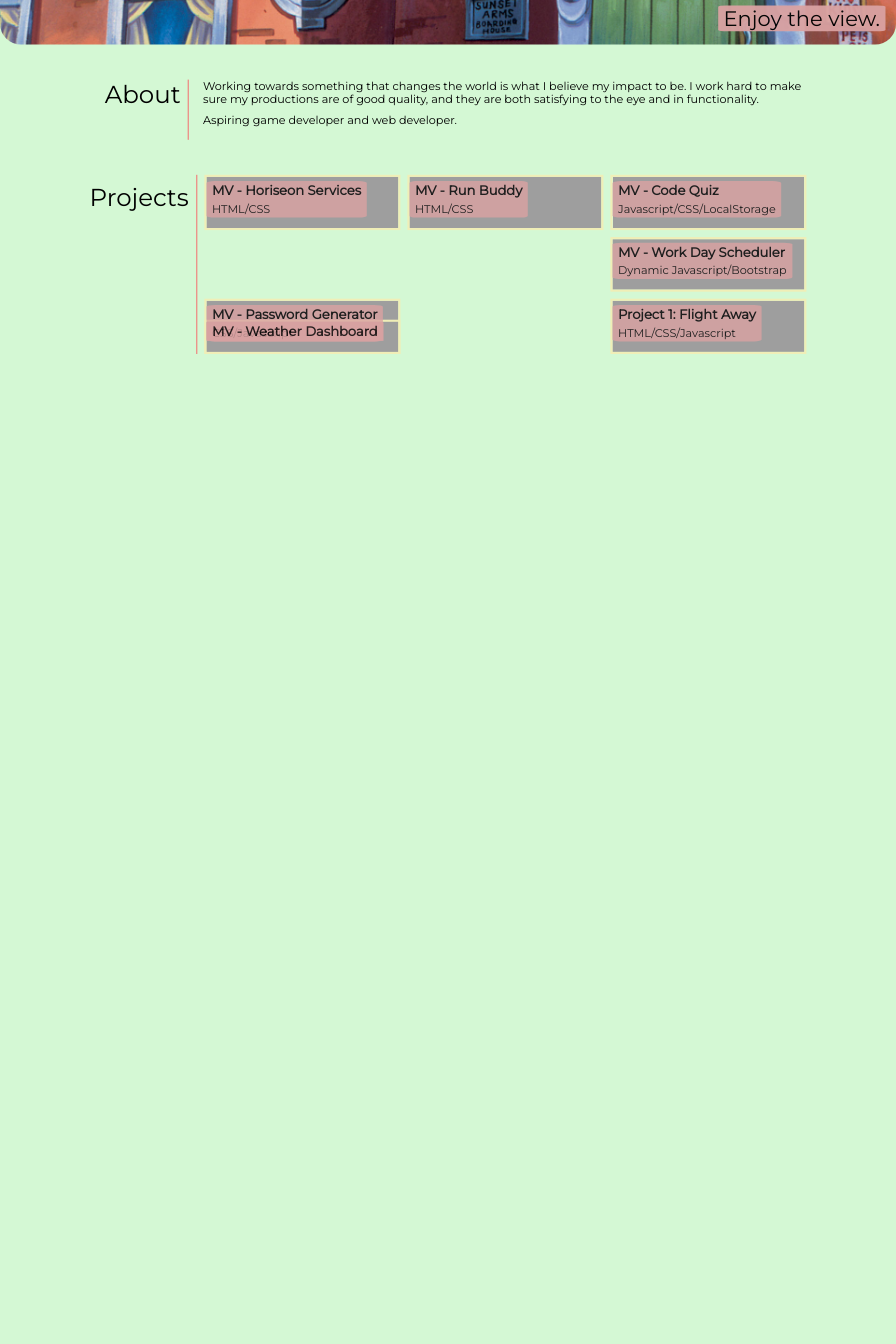
Repository: Mervens/MV-Portfolio
Page: index.html
The author's editor kept a copy of each file at every save. The page is drawn from the files as they stood at one save, then again after the next save.
The browser window is 1280 px wide. The pictures show the part of the page from y = 314 to 2234 px (the page is 3745 px tall before and 5296 px after), at 70% of full size.
Pictures or frames that could not be fetched are drawn as grey boxes. Backgrounds fixed to the window are drawn as part of the page.

Above is the page before, as saved 2021-10-10 06:53:52.

### index.html
<!DOCTYPE html>
<html lang="en">
<head>
    <meta charset="UTF-8">
    <meta name="viewport" content="width=device-width, initial-scale=1.0">
    <meta http-equiv="X-UA-Compatible" content="ie=edge" />
    <link rel="stylesheet" href="https://cdn.jsdelivr.net/npm/boxicons@latest/css/boxicons.min.css">
    <link rel="stylesheet" href="./assets/index.css">
    <title>MV - Basic Portfolio</title>
</head>

<body>
    <audio autoplay loop>
        <source src="./assets/music/Cinematic-Ambient.mp3" type="audio/mpeg">
    </audio>

    <header>
        <span class="span-background title">
            <h1>Mervens Victor</h1>
        </span>
        <nav>
            <ul class="nav-effects">
                <li>
                    <a href="#about-me">About</a>
                </li>
                <li>
                    <a href="#projects">Projects</a>
                </li>
                <li>
                    <a href="#contact-me">Contact Me</a>
                </li>
            </ul>
        </nav>
    </header>


    <section class="hero">
        <div class="hero-subtitle">
                <span class="span-background opacity">Enjoy the view.</span>
        </div>
    </section>


    <article>
        <div id="about-me" class="about-me-wrapper">
            <div class="about-me-grid-container">
                <div class="about-me-item about-me-title">
                    <p> About </p>
                </div>
                <div class="about-me-item p1">
                    <p>Working towards something that changes the world is what I believe my impact to be. I work hard to make sure my productions are of good quality, and they are both satisfying to the eye and in functionality.</p>
                </div>
                <div class="about-me-item p2">
                    <p>Aspiring game developer and web developer.</p>
                </div>
            </div>
        </div>
    </article>


    <article>
        <div id="projects" class="projects-wrapper">
            <div class="projects-grid-container">
                <div class="projects-item projects-title">
                    <p> Projects </p>
                </div>

                <div onclick="linkClick('horiseon')" alt="Horiseon Solutions" title="Horiseon Homepage" target="_blank" style="cursor: pointer;" class="projects-item-project horiseon">
                    <span class="span-background">
                        <h3>MV - Horiseon Services</h3>
                        <span class="lower-text">HTML/CSS</span>
                    </span>
                </div>

                <div onclick="linkClick('run-buddy')" alt="Run Buddy 2.0 Landing Page" title="Run Buddy 2.0 Home" style="cursor: pointer;" class="projects-item-project run-buddy">
                    <span class="span-background">
                        <h3>MV - Run Buddy</h3>
                        <span class="lower-text">HTML/CSS</span>
                    </span>
                </div>
                <div onclick="linkClick('password-generator')" alt="Password Generator Script" title="Password Generator Home" style="cursor: pointer;" class="projects-item-project password-generator">
                    <span class="span-background">
                        <h3>MV - Password Generator</h3>
                        <span class="lower-text">CSS/Javascript</span>
                    </span>
                </div>
                <div onclick="linkClick('web-api-code-quiz')" alt="Coding Quiz" title="Coding Quiz Gome" style="cursor: pointer;" class="projects-item-project web-api-code-quiz">
                    <span class="span-background">
                        <h3>MV - Code Quiz</h3>
                        <span class="lower-text">Javascript/CSS/LocalStorage</span>
                    </span>
                </div>
                <div onclick="linkClick('work-day-scheduler')" alt="Weekday Scheduler" title="Weekday Planner" style="cursor: pointer;" class="projects-item-project work-day-scheduler">
                    <span class="span-background">
                        <h3>MV - Work Day Scheduler</h3>
                        <span class="lower-text">Dynamic Javascript/Bootstrap</span>
                    </span>
                </div>
                <div onclick="linkClick('flightaway')" alt="FlightAway: Your Travel Guide" title="FlightAway Home" style="cursor: pointer;" class="projects-item-project flightaway">
                    <span class="span-background">
                        <h3>Project 1: Flight Away</h3>
                        <span class="lower-text">HTML/CSS/Javascript</span>
                    </span>
                </div>
                <div onclick="linkClick('weather-viewer')" alt="Weather Dashboard" title="Weather Dashboard Home" style="cursor: pointer;" class="projects-item-project weather-viewer">
                    <span class="span-background">
                        <h3>MV - Weather Dashboard</h3>
                        <span class="lower-text"></span>
                    </span>
                </div>
            </div>
        </div>
    </article>


    <footer>
        <p>
        © Mervens Victor | Creation for UCF's Coding Bootcamp</br>
        </p>
        <div class="reference">
        Music by: Cinematic Ambient Feeling by LesFM | https://lesfm.net/</br>
        Music promoted by https://www.chosic.com/free-music/all/</br>
        Creative Commons CC BY 3.0</br>
        https://creativecommons.org/licenses/by/3.0/</p>
    </div>
        <div id="contact-me" class="footer-wrapper">
            <div class="footer-container">
                <div class="footer-grid-item contact-me">
                    Contact Me
                </div>
                <div class="footer-grid-item phone">
                    <a href="tel:407-558-6938" class="nav-effects">Mobile: 407-558-6938</a>
                </div>
                <div class="footer-grid-item email">
                    <a href="mailto:mervens.victor77@gmail.com">Email: mervens.victor77@gmail.com</a>
                </div>
                <div class="footer-grid-item git-hub">
                    <a href="https://github.com/Mervens/" target="_blank">GitHub</a>
                </div>
                <div>
                <a href="./assets/MV-Resume.docx" download>Resume</a>
            </div>
            </div>
        </div>
    </footer>

    <script src="./assets/index.js">
    </script>

</body>
</html>

### assets/index.css
@import url('https://fonts.googleapis.com/css2?family=Montserrat&display=swap');

* {
    margin: 0;
    padding: 0;
    box-sizing: border-box;
}


:root {
  --header-color: #f0eeb7;
  --mainc: #daa2a2;
  --secondaryc: rgb(212, 248, 212);
  --my-projects-edge: #eb958b;
  --project-border: #f0eeb7;
}


html {
  scroll-behavior: smooth;
}


header {
  display: flex;
  justify-content: space-between;
  flex-wrap: wrap;
  list-style: none;
  background-color: var(--header-color);
}

header h1 {
  padding-left: 50px;
}

header nav ul {
  display: flex;
  flex-wrap: wrap;
  justify-content: flex-end;
  align-items: center;
  list-style: none;
  padding-right: 0px;
}

header nav ul li {
  font-size: 1.8vw;
  padding: 10px 15px;
  margin-top: 5px;
  margin-bottom: 10px;

}


header a {
  padding-left: 10px;
  padding-right: 10px;
  padding-bottom: 5px;
  text-decoration: none;
  border-bottom: 2px solid var(--mainc);
  color: var(--mainc);
}

body{
  background-color: var(--secondaryc);
  font-family: 'Montserrat', serif;
}

footer {
  background-color: var(--header-color);
  color: var(--mainc);
}

footer a {
  text-decoration: none;
  border-bottom: 2px solid var(--mainc);
  color: var(--mainc);
  font-size: 1.8vw;
  font-weight: bold;
}

.nav-effects a:hover{
  color: var(--mainc);
  font-weight: bold;
  text-shadow: 0px 0px 20px var(--mainc);
}


.projects-grid-container div:hover{
  mix-blend-mode: luminosity;
}
.footer-container a:hover{
  color: var(--mainc);
  font-weight: bold;
  text-shadow: 0px 0px 20px var(--mainc);
}
.hero {
  height: 300px;
  background-image: url("../assets/images/Arnold.jpg");
  border-bottom-left-radius: 30px 30px;
  border-bottom-right-radius: 30px 30px;
  background-size: cover;
  background-position:  100% 13%;
  background-attachment: fixed;
  display: flex;
  justify-content: flex-end;
  flex-wrap: wrap;
  flex-direction: row;
  align-items: flex-end;
}

.hero-subtitle {
  padding-bottom: 15px;
  padding-right: 15px;
}
.about-me-wrapper {
  display: flex;
  flex-wrap: wrap;
  justify-content: space-between;
  justify-content: center;
  margin-top: 50px;
}

.about-me-grid-container {/* CSS Grid */
  width: 80%;
  display: grid;
  grid-template-columns: 1fr repeat(3, 2fr);
  grid-template-rows: repeat(4, 1fr);
  gap: 10px 10px;
}

.about-me-item.about-me-title {
  padding-top: 0px;
  font-size: 35px;
  grid-row: 1 / span 4;
  padding-right: 10px;
  text-align: right;
  border-right: 2px solid var(--my-projects-edge);
}

.about-me-item.p1 {
  padding-left: 10px;
  grid-column: 2 / span 3;
  grid-row: 1 / span 2;
}

.about-me-item.p2 {
  padding-left: 10px;
  grid-column: 2 / span 3;
  grid-row: 3 / span 2;
}
.projects-wrapper {
  display: flex;
  flex-wrap: wrap;
  justify-content: space-between;
  justify-content: center;
  margin-top: 50px;

}
.projects-grid-container {/* CSS Grid */
  width: 80%;
  display: grid;
  grid-template-columns: 1fr repeat(3, 2fr);
  grid-template-rows: repeat(100, 1fr);
  gap: 10px 10px;
}

.projects-item.projects-title {
  padding-top: 10px;
  font-size: 35px;
  grid-row: 1 / span 9;
  text-align: right;
  padding-right: 10px;
  border-right: 2px solid var(--my-projects-edge);
}

.projects-item-project.horiseon {
  grid-column: 2 / span 1;
  grid-row: 1 / span 3;
  background-image: url("../images/challeng-1-refactor-code-smaller.JPG");
  background-size: cover;
  display: flex;
  align-items: flex-end;
  padding-left: 0px;
  padding-bottom: 15px;
  text-align: left;
  border: .25vw solid var(--project-border);
}

.projects-item-project.run-buddy {
  grid-column: 3 /span 1;
  grid-row: 1 / span 3;
  background-image: url("../images/run-buddy-project.JPG");
  background-size: cover;
  display: flex;
  align-items: flex-end;
  padding-left: 0px;
  padding-bottom: 15px;
  text-align: left;
  border: .25vw solid var(--project-border);
}

.projects-item-project.password-generator {
  grid-column: 2 / span 1;
  grid-row: 7 / span 3;
  background-image: url("../images/password-generator.JPG");
  background-size: cover;
  display: flex;
  align-items: flex-end;
  padding-left: 0px;
  padding-bottom: 15px;
  text-align: left;
  border: .25vw solid var(--project-border);
}

.projects-item-project.web-api-code-quiz {
  grid-column: 4 / span 1;
  grid-row: 1 / span 3;
  background-image: url("../images/web-api-code-quiz.JPG");
  background-size: 300px 200px, cover;
  display: flex;
  align-items: flex-end;
  padding-left: 0px;
  padding-bottom: 15px;
  text-align: left;
  border: .25vw solid var(--project-border);
}

.projects-item-project.work-day-scheduler {
  grid-column: 4 / span 1;
  grid-row: 4 / span 3;
  background-image: url("../images/projects-day-scheduler.JPG");
  background-size: cover;
  display: flex;
  align-items: flex-end;
  padding-left: 0px;
  padding-bottom: 15px;
  text-align: left;
  border: .25vw solid var(--project-border);
}

.projects-item-project.flightaway {
  grid-column: 4 /span 1;
  grid-row: 7 / span 3;
  background-image: url("../images/project1-group07.JPG");
  background-size: cover;
  display: flex;
  align-items: flex-end;
  padding-left: 0px;
  padding-bottom: 15px;
  text-align: left;
  border: .25vw solid var(--project-border);
}

.projects-item-project.weather-viewer {
  grid-column: 2 /span 1;
  grid-row: 8 / span 2;
  background-image: url("../images/project1-group07.JPG");
  background-size: cover;
  display: flex;
  align-items: flex-end;
  padding-left: 0px;
  padding-bottom: 15px;
  text-align: left;
  border: .25vw solid var(--project-border);
}

.projects-item-project.ghost-item {
  grid-column: 4 / span 1;
  opacity: 0;

}
.span-background {
  background-color: var(--mainc);
  position: relative;
  line-height: 1.5;
  padding-left: 8px;
  padding-right: 8px;
  border-radius: 5%;
  opacity: .8;
}

.span-background.title {
  margin-top: 10px;
  margin-bottom: 20px;
}
.span-background.opacity{
  opacity: .95;
  font-size: 30px;
}

.span-background.lower-text {
  font-size: x-small;
}
.footer-wrapper {
  display: flex;
  flex-wrap: wrap;
  justify-content: center;
  margin-top: 50px;
}

.footer-container {
  width: 80%;
  display: grid;
  grid-template-columns: 1fr repeat(3, 2fr);
  grid-template-rows: repeat(3,2fr);
  gap: 20px 20px;
}

.footer-grid-item {
  text-align: center;
}

.reference {
  font-size: 0.6rem;
  text-align: center;
}

.footer-grid-item.contact-me {
  padding-top: 10px;
  font-size: 1.1rem;
  grid-row: 1 / span 3;
  text-align: right;
  padding-right: 10px;
  border-right: 2px solid var(--mainc);
}

.footer-grid-item.phone{
  font-size: 0.5rem;
  grid-row: 2/ span 2;
}

.footer-grid-item.email{
  font-size: 10px;
  grid-row: 2/ span 2;
}

.footer-grid-item.git-hub{
  font-size: 0.5rem;
  grid-row: 2/ span 2;
}
@media screen and (max-width: 980px) {
  header {
    justify-content: center;
  }

  header h1 {
    padding-left: 0px;
  }
  .hero-subtitle {
    padding-right: 30px;
  }

  .span-background.opacity{
    font-size: 25px;
  }

  .hero {
  background-attachment: scroll;
  }
  .about-me-wrapper {
    margin-top: 20px;
  }

  .about-me-grid-container {/*CSS Grid*/
    grid-template-columns: repeat(3, 2fr);
    grid-template-rows: repeat(5, 1fr);
    gap: 5px 5px;
  }
  .about-me-item.about-me-title {
    padding-top: 0px;
    font-size: 25px;
    grid-column: 1 / span 3;
    grid-row: 1 / span 1;
    text-align: center;
    padding-right: 0px;
    padding-bottom: 0px;
    border-right: none;
    border-bottom: 2px solid var(--my-projects-edge);
  }

  .about-me-item.p1 {
    padding-top: 5px;
    grid-column: 1 / span 3;
    grid-row: 2 / span 2;
  }

  .about-me-item.p2 {
    padding-top: 5px;
    grid-column: 1 / span 3;
    grid-row: 4 / span 2;
    padding-bottom: 10px;
  }
  .projects-grid-container .projects-item-project.ghost-item:hover{
    opacity: .8;
  }
  .footer-wrapper {
    margin-top: 20px;
  }

  .footer-container {
    width: 100%;
    grid-template-columns: repeat(3, 1fr);
    grid-template-rows: repeat(3, 1fr);
    gap: 2.5px 2.5px;
  }

  .footer-grid-item.contact-me {
    padding-top: 0px;
    font-size: 1px;
    grid-column: 1 / span 3;
    grid-row: 1 / span 1;
    text-align: center;
    padding-right: 0px;
    padding-bottom: 0px;
    border-right: none;
    border-bottom: 2px solid var(--mainc);
    padding-left: 25px;
  }

  .footer-grid-item.phone{
    grid-column: 1 / span 1;
    grid-row: 2 / span 2;
    align-self: center;
    padding-left: 10px;
  }

  .footer-grid-item.email{
    grid-column: 2 / span 1;
    grid-row: 2 / span 2;
    align-self: center;
    padding-left: 25px;

  }

  .footer-grid-item.git-hub{
    grid-column: 3 / span 1;
    grid-row: 2 / span 2;
    align-self: center;
    width: 20px;
    padding-left: 80px;
  }
}
@media screen and (max-width: 768px) {
  header a {
    font-size: 3vw;
  }

  footer a {
    font-size: 3vw;
  }
  .nav-effects a:hover{
      font-size: 3vw;
  }

  .footer-container a:hover{
    font-size: 1.8vw;
  }
  .hero {
    background-attachment: scroll;
  }

  .about-me-grid-container {/*CSS Grid*/
    grid-template-columns: repeat(3, 2fr);
    grid-template-rows: .5fr repeat(4, 1fr);
    gap: 5px 5px;
  }
  .about-me-item.about-me-title {
    padding-top: 0px;
    font-size: 25px;
    grid-column: 1 / span 3;
    grid-row: 1 / span 1;
    text-align: center;
    padding-right: 0px;
    padding-bottom: 0px;
    border-right: none;
    border-bottom: 2px solid var(--my-projects-edge);
    align-self: start;
  }

  .about-me-item.p1 {
    padding-left: 0px;
  }

  .about-me-item.p2 {
    padding-left: 0px;
  }

  .projects-wrapper {
    margin-top: 15px;
  }

  .projects-grid-container {/* CSS Grid */
    grid-template-columns: repeat(3, 1fr);
    grid-template-rows: .5fr repeat(10, 1fr);
    gap: 2.5px 2.5px;
  }
  .projects-item.projects-title {
    font-size: 35px;
    grid-column: 1 / span 3;
    grid-row: 1 / span 1;
    text-align: center;
    padding-top: 0px;
    padding-right: 0px;
    padding-bottom: 0px;
    border-bottom: 2px solid var(--my-projects-edge);
    border-right: none;
    align-self: start;
  }

  .projects-item-project.horiseon {
    grid-column: 1 / span 3;
    grid-row: 2 / span 3;
    align-items: flex-end;
    text-align: center;
    background-position: scroll;
  }

  .projects-item-project.run-buddy {
    grid-column: 1 /span 3;
    grid-row: 5 / span 2;
    align-items: flex-end;
    text-align: center;
    background-position: scroll;
  }

  .projects-item-project.password-generator {
    grid-column: 1 /span 3;
    grid-row: 7 / span 1;
    padding-top: 30px;
    background-position: scroll;
    text-align: center;
  }

  .projects-item-project.web-api-code-quiz {
    grid-column: 1 /span 3;
    grid-row: 8 / span 1;
    background-position: scroll;
    text-align: center;
  }

  .projects-item-project.projects-day-scheduler {
    grid-column: 1 /span 3;
    grid-row: 9 / span 1;
    background-position: scroll;
    text-align: center;
  }

  .projects-item-project.flightaway  {
    grid-column: 1 /span 3;
    grid-row: 10 / span 1;
    align-items: flex-end;
    text-align: center;
    background-position: scroll;
  }
  .projects-item-project.ghost-item {
    grid-column: 1 /span 3;
    grid-row: 11 / span 1;
    background-image: url("../images/pexels-luizclas-556665.jpg");
    background-size: cover;
    display: flex;
    align-items: center;
    opacity: 1;
    background-position: scroll;
    text-align: center;
  }

  .footer-wrapper {
  margin-top: 10px;
  }
}
@media screen and  (max-width: 575px) {
  header a {
    font-size: 4vw;
  }

  header nav ul {
    padding-right: 0px;
    justify-content: center;
  }

  header nav ul li {
    padding: 2px 2px 2px 2px;
  }

  p{
    font-size:5vw;
  }

  footer a {
    font-size: 3.5vw;
  }

  .nav-effects a:hover{
      font-size: 4vw;
  }

  .footer-container a:hover{
    font-size: 3.5vw;
  }
  .footer-container {
    gap: 0px 0px;
  }

  .footer-grid-item.git-hub{
    padding-left: 30px;
  }
}

Loaded but not shown: assets/index.js (40 lines, source omitted)

After the next save:
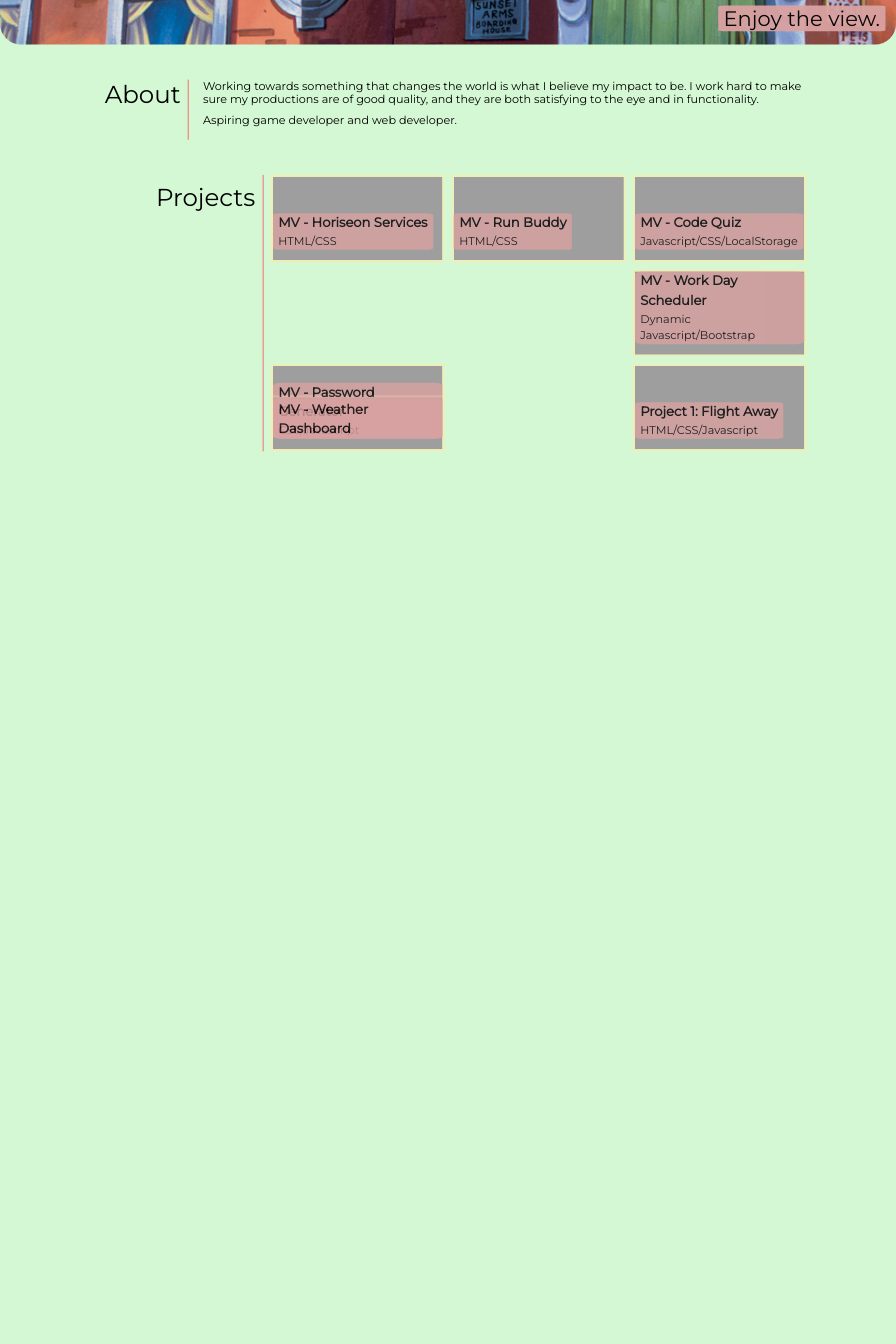
Saved 14 s later.
--- a/assets/index.css
+++ b/assets/index.css
@@ -159,7 +159,7 @@
 .projects-grid-container {/* CSS Grid */
   width: 80%;
   display: grid;
-  grid-template-columns: 1fr repeat(3, 2fr);
+  grid-template-columns: 1fr repeat(3, 1fr);
   grid-template-rows: repeat(100, 1fr);
   gap: 10px 10px;
 }

After the save that followed:
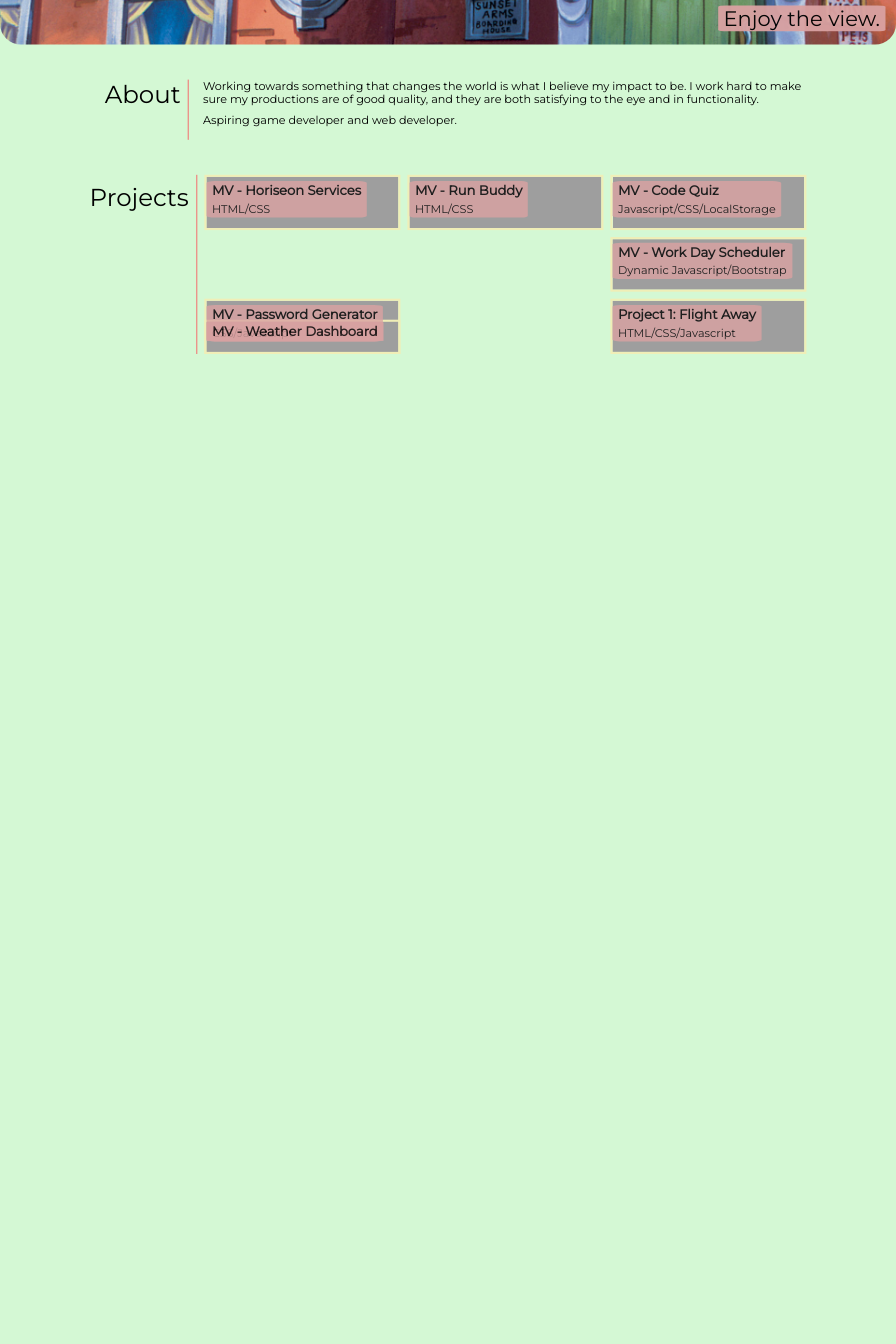
Saved 6 s later.
--- a/assets/index.css
+++ b/assets/index.css
@@ -159,7 +159,7 @@
 .projects-grid-container {/* CSS Grid */
   width: 80%;
   display: grid;
-  grid-template-columns: 1fr repeat(3, 1fr);
+  grid-template-columns: 1fr repeat(3, 2fr);
   grid-template-rows: repeat(100, 1fr);
   gap: 10px 10px;
 }
